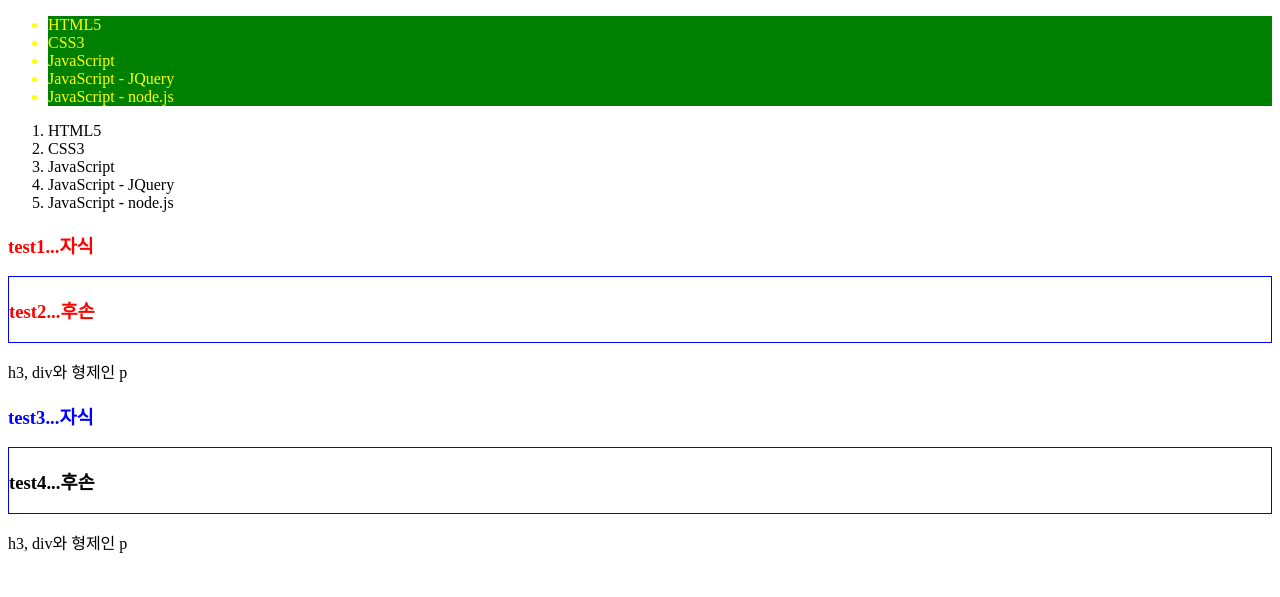
Repository: 753kg/753kg.github.io
Page: KOSTA/webProject/WebContent/day3/ex02_09.html
These files come from the project's save history. The page is drawn as it stood at one moment and after the next save; the edit follows.
The browser window is 1280 px wide. The pictures show the whole page.

Above is the page before, as saved 2021-03-31 03:26:40.

After the next save:
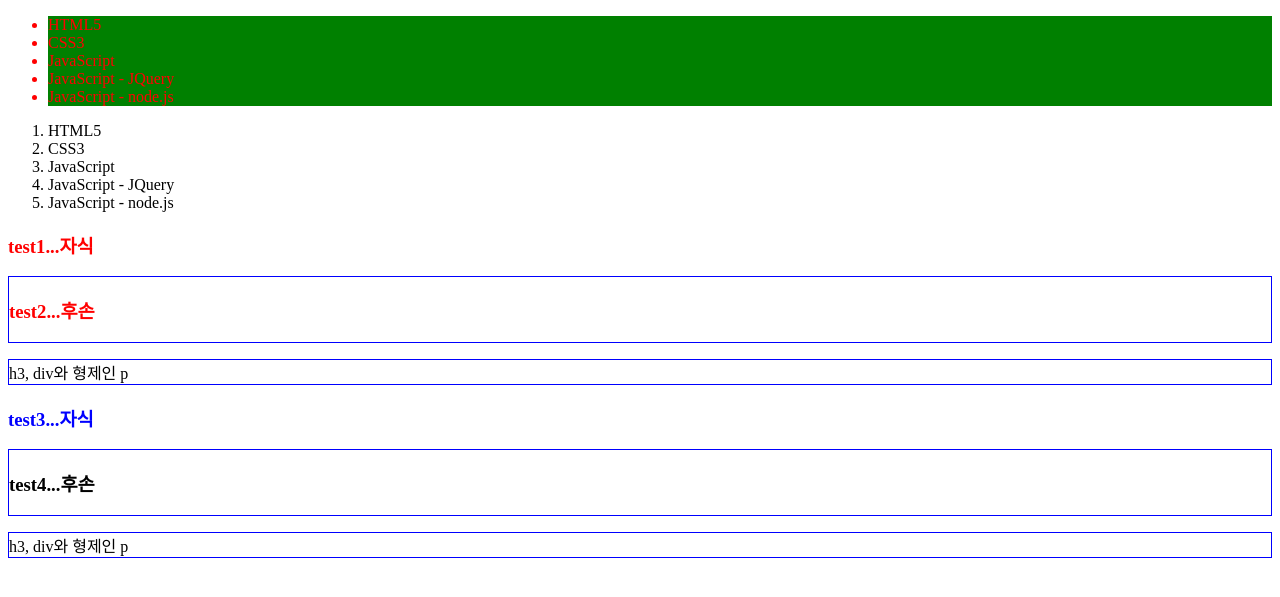
Saved 43 s later.
--- a/KOSTA/webProject/WebContent/day3/ex02_09.html
+++ b/KOSTA/webProject/WebContent/day3/ex02_09.html
@@ -10,10 +10,11 @@
 	/* ul 밑에 있는 li*/
 	ul li{ background-color: green; }
 	/* div 밑에 있는 li */
-	div li{ color:yellow; list-sytle:none; }
+	div li{ color:red; list-sytle:none; }
 
 	/* h3과 형제인 div */
 	h3~div{ border:1px solid blue; }
+	h3~p{ border:1px solid blue; }
 </style>
 
 </head>
